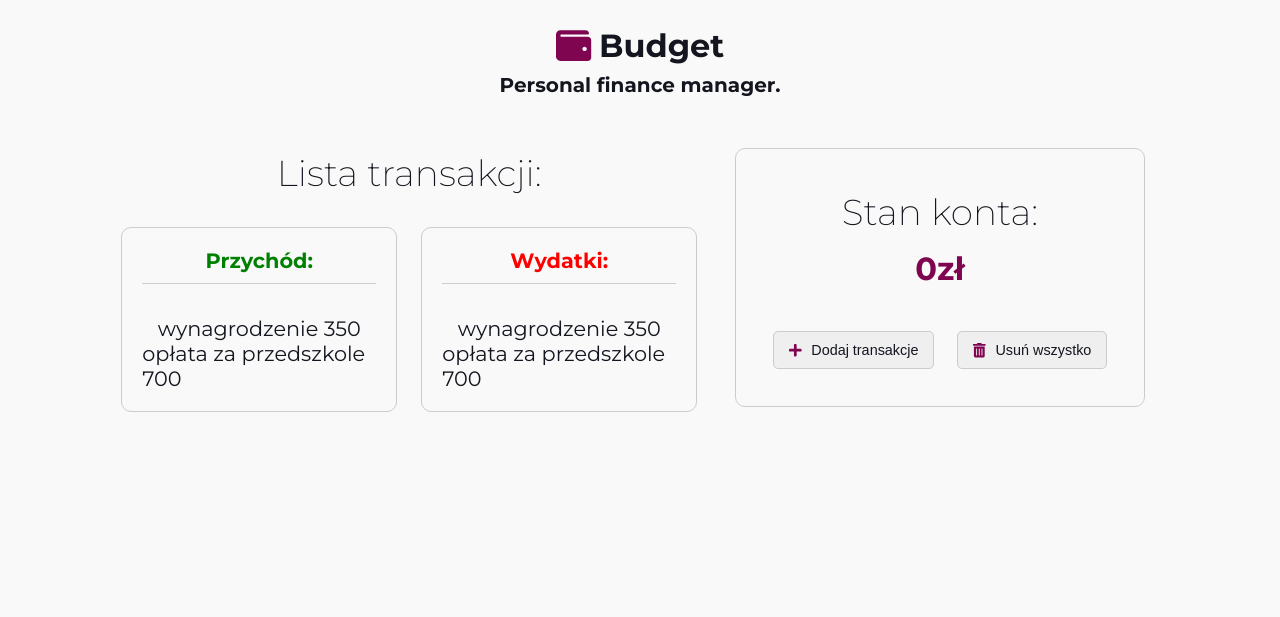
Repository: KrzysKolo/sr_tydzien4_zad4
Page: /
These files come from the project's save history. The page is drawn as it stood at one moment and after the next save; the edit follows.
The browser window is 1280 px wide. The pictures show the whole page.
Some web libraries are served in a nearby version. The project was rebuilt for these pictures with package versions that can differ from the ones it lists, and the page was loaded fresh each time. Also part of the build but not shown: src/components/budgetComponents/formComponents/Header.js, src/components/budgetComponents/formComponents/ErrorMessage.js, src/components/budgetComponents/formComponents/Input.js, src/components/budgetComponents/formComponents/Select.js.

Above is the page before, as saved 2020-12-03 22:51:27.

### public/index.html
<!DOCTYPE html>
<html lang="en">
  <head>
    <meta charset="utf-8" />
    <link rel="icon" href="%PUBLIC_URL%/favicon.ico" />
    <meta name="viewport" content="width=device-width, initial-scale=1" />
    <meta name="theme-color" content="#000000" />
    <meta
      name="description"
      content="Web site created using create-react-app"
    />
    <link rel="apple-touch-icon" href="%PUBLIC_URL%/logo192.png" />
    <!--
      manifest.json provides metadata used when your web app is installed on a
      user's mobile device or desktop. See https://developers.google.com/web/fundamentals/web-app-manifest/
    -->
    <link rel="manifest" href="%PUBLIC_URL%/manifest.json" />
    <!--
      Notice the use of %PUBLIC_URL% in the tags above.
      It will be replaced with the URL of the `public` folder during the build.
      Only files inside the `public` folder can be referenced from the HTML.

      Unlike "/favicon.ico" or "favicon.ico", "%PUBLIC_URL%/favicon.ico" will
      work correctly both with client-side routing and a non-root public URL.
      Learn how to configure a non-root public URL by running `npm run build`.
    -->
    <link
      href="https://fonts.googleapis.com/css?family=Montserrat:200,400,700&display=swap&subset=latin-ext"
      rel="stylesheet"
    />
    <script
      src="https://kit.fontawesome.com/327a0d490c.js"
      crossorigin="anonymous"
    ></script>
    <title>Budget</title>
  </head>
  <body>
    <noscript>You need to enable JavaScript to run this app.</noscript>
    <div id="root"></div>
    <!--
      This HTML file is a template.
      If you open it directly in the browser, you will see an empty page.

      You can add webfonts, meta tags, or analytics to this file.
      The build step will place the bundled scripts into the <body> tag.

      To begin the development, run `npm start` or `yarn start`.
      To create a production bundle, use `npm run build` or `yarn build`.
    -->
  </body>
</html>

### src/App.js
import React from 'react';
import Budget from './components/Budget'

const App = () => {
  return (
    <>
      <Budget/>
    </>
  )
}

export default App;

### src/components/Budget.js
import React from 'react';
import Header from './budgetComponents/Header';
import Section from './budgetComponents/Section';
import SectionInfo from './budgetComponents/SectionInfo';
import H2 from './budgetComponents/sectionComponents/H2';
import styled, { createGlobalStyle } from 'styled-components';

const GlobalStyle = createGlobalStyle`
    * {
        padding: 0;
        margin: 0;
        box-sizing: border-box;
    }
    body {
        background-color: #f9f9f9;
        color: #14161f;
        font-family: "Montserrat", sans-serif;
        font-size: 16px;
        min-height: 100vh;
    }
    `;
const Container = styled.main`
    font-size: 1.5rem;
`;
const SectionContainer = styled.section`
    display: flex;
    flex-direction: row;
    justify-content: center;
    align-items: center;
`;
const SectionBudget = styled.section`
    display: flex;
    flex-direction: column;
    justify-content: center;
    align-items: center;
`;
const DivItems = styled.div`
    display: flex;
    flex-direction: row;
    justify-content: center;
    align-items: center;

`;
const Budget = () => {
    return (
        <>
            <GlobalStyle />
            <Container>
                <Header />
                <SectionContainer>
                    <SectionBudget>
                        <H2 title="Lista transakcji" />
                        <DivItems>
                            <Section title="Przychód" label="p"/>
                            <Section title="Wydatki" />
                        </DivItems>
                    </SectionBudget>
                    <SectionInfo title="Stan konta"/>
                </SectionContainer>
            </Container>

        </>
    )
}

export default Budget;

### src/components/budgetComponents/Header.js
import React from 'react';
import styled from 'styled-components';
import { FontAwesomeIcon } from '@fortawesome/react-fontawesome';
import { faWallet } from '@fortawesome/free-solid-svg-icons';

const SectionHeader = styled.header`
    align-items: center;
    color: rgb(127, 5, 80);
    display: flex;
    font-size: 2.2rem;
    flex-direction: column;
    justify-content: center;
    padding: 2%;
`;
const DivHeader = styled.div`
    align-items: center;
    display: flex;
    flex-direction: row;
    justify-content: center;
    margin-bottom: 0.5rem;
`;
const H1Header = styled.h1`
    color: #14161f;
    font-size: 2rem;
    margin-left: .5rem;
`;
const H2Header = styled.h2`
    color: #14161f;
    font-size: 1.25rem;
`;
const Header = () => {
    return (
        <SectionHeader>
            <DivHeader>
                <FontAwesomeIcon icon={faWallet}/>
                <H1Header>Budget</H1Header>
            </DivHeader>
            <H2Header>Personal finance manager.</H2Header>
        </SectionHeader>
    )
}

export default Header;

### src/components/budgetComponents/Section.js
import React from 'react';
import { H1 }from './sectionComponents/index';
import Transactions from './../data/Transactions';
import styled from 'styled-components';

const SectionWrapper = styled.section`
    border: 1px solid #ccc;
    border-radius: 10px;
    display: flex;
    flex-direction: column;
    font-size: 1.3rem;
    justify-content: center;
    align-items: center;
    margin: 2%;
    padding: 20px;
    width: 300px;
`;
const Section = ({ title, label }) => {
   return (
        <SectionWrapper>
           <H1 title={title} label={label} />
          {Transactions.map(item => {return(<div key={item.id} category={item.category}>{item.name} {item.amount} </div>)})}
        </SectionWrapper>
    )
}

export default Section;

### src/components/budgetComponents/SectionInfo.js
import React, { useState } from 'react';
import { H2, P } from './sectionComponents/index';
import Form from './Form';
import Button from './../budgetComponents/buttons/Button';
import styled from 'styled-components';
import { faPlus,  faTrashAlt } from '@fortawesome/free-solid-svg-icons';
const SectionWrapper = styled.section`
    border: 1px solid #ccc;
    border-radius: 10px;
    display: flex;
    flex-direction: column;
    margin: 2vw;
    padding: 2%;
`;
const ButtonWrapper = styled.div`
    display: flex;
    flex-direction: row;
`;

const SectionInfo = ({ title }) => {
    const [showForm, setShowForm] = useState(false);
    const openForm = () =>{
        setShowForm(prev => !prev);
  };
    return (
        <>
        <SectionWrapper>
           <H2 title={title}> </H2>
           <P />
           <ButtonWrapper>
                <Button onClick={openForm} title="Dodaj transakcje" icons={faPlus} />
                <Button title="Usuń wszystko" icons={faTrashAlt} type="submit"/>
           </ButtonWrapper>

        </SectionWrapper>
        <Form showForm={showForm} setShowForm={setShowForm} />
        </>
    )
}

export default SectionInfo;

### src/components/budgetComponents/sectionComponents/H2.js
import React from 'react'
import styled from 'styled-components';

const TitleH2 = styled.h2`
    font-weight: 200;
    margin: 2% auto;
    padding: 0.5rem;
`;

const H2 = ({title}) => {
    return (
        <TitleH2>
            {title}:
        </TitleH2>
    )
}

export default H2;

### src/components/budgetComponents/sectionComponents/index.js
export { default as H1 } from './H1';
export { default as H2 } from './H2';
export { default as P } from './P';

### src/components/data/Transactions.js
const SelectOptions=[
    { id: 0, category: "Przychód", name: "wynagrodzenie", amount: "350"},
    { id: 1, category: "Rachunki", name: "opłata za przedszkole", amount: "700"},

];
export default SelectOptions;

### src/components/budgetComponents/Form.js
import React, { useState } from 'react';
import { Header, Input, Select } from './formComponents/';
import Button from './buttons/Button';
import styled from 'styled-components';
import SelectOptions from './../data/SelectOptions';
import { faBusinessTime, faSave, faWindowClose } from '@fortawesome/free-solid-svg-icons';
import { useFormik } from 'formik';
import * as yup from 'yup';

const FormWrapper = styled.form`
    background-color: #f9f9f9;
    border: 4px double rgb(127, 5, 80);
    border-radius: 10px;
    box-shadow: 3px 3px 5px rgba(127, 5, 80, 0.5);
    color: rgb(127, 5, 80);
    position: fixed;
    display: flex;
    flex-direction: column;
    justify-content: center;
    align-items: center;
    padding: 10px;
    width: 20vw;
    min-width: 300px;
`;
const ButtonWrapper = styled.div`
    display: flex;
    flex-direction: row;
    justify-content: center;
    border-top: 1px solid rgba(127, 5, 80, 0.3);
    padding-top: 10px;
    margin-top: 1.4rem;
`;

const FormData = ({ showForm, setShowForm }) => {
    const initialValues  = {
        name: '',
        amount: '',
        category: -1,
    };
    const validationSchema = yup.object({
        name: yup.string().required("Required").min(3, "Musi być min 3 znaki").max(50,"Moze być max 50 znaków"),
        amount: yup.number().required("Required").min(1, "Musi być conajmniej 1 cyfra"),
        category: yup.number().required("Musi być wybrane").min(0, ).max(5),
    })
    const onSubmit = ( values, {resetForm} ) => {
        console.log('Form data', values);
        setShowMessage(true);
        resetForm();
    };
    const closeForm = () => {
        setShowForm(false);
    };
    const [ showMessage, setShowMessage ] = useState(false);
    const formik = useFormik({
        initialValues,
        validationSchema,
        onSubmit,
    });
    return (
        <>
        { showForm &&
        <FormWrapper onSubmit={formik.handleSubmit}>
            <Header icons={faBusinessTime} title={"Dodaj transakcje!"} />
            <Input type="text" label="Nazwa transakcji" name="name" placeholder="nazwa transakcji..." onChange={formik.handleChange} value={formik.values.name} onBlur={formik.handleBlur} error={formik.errors.name} message={formik.errors.name} touched={formik.touched.name} />
            <Input type="text" label="Kwota transakcji" name="amount" placeholder="kwota..." onChange={formik.handleChange} value={formik.values.amount} onBlur={formik.handleBlur} error={formik.errors.amount} message={formik.errors.amount} touched={formik.touched.amount}/>
            <Select options={SelectOptions} label="Wybierz kategorię transakcji" name="category" onChange={formik.handleChange} value={formik.values.category} onBlur={formik.handleBlur} error={formik.errors.category} message={formik.errors.category} touched={formik.touched.category}/>
            <ButtonWrapper>
                <Button type="save" title="Zapisz" icons={faSave}/>
                <Button title="Anuluj" icons={faWindowClose} type="cancel" onClick={closeForm} />
            </ButtonWrapper>
        </FormWrapper>
        }
        </>
    )
}

export default FormData;

### src/components/budgetComponents/buttons/Button.js
import React from 'react';
import styled from 'styled-components';
import { FontAwesomeIcon } from '@fortawesome/react-fontawesome';

const ButtonDiv = styled.button`
    border: 1px solid #ccc;
    border-radius: 5px;
    margin: 0.7rem;
    padding: 10px 15px;
    display: flex;
    flex-direction: row;
    align-items: center;
    color: rgb(127, 5, 80);
    font-size: 0.9rem;
    cursor: pointer;
    transition: 0.3s ease-in-out;
    &:hover {
        border: 1px solid rgba(127, 5, 80, 0.4);
        background-color:  #f9f9f9;
        color: rgba(127, 5, 80, 0.5);
    }
`;
const ButtonTitleDiv = styled.div`
    margin-left: 10px;
    color: #14161f;
`;
const Button = ({ title, icons, onClick }) => {
    return (
        <ButtonDiv onClick={onClick}>
            <FontAwesomeIcon icon={icons} />
            <ButtonTitleDiv>{title}</ButtonTitleDiv>
        </ButtonDiv>
    )
}

export default Button;

### src/components/budgetComponents/sectionComponents/H1.js
import React from 'react'
import styled from 'styled-components';

const TitleH1Styles = (label) => `
border-bottom: 1px solid #ccc;
color: ${label ? 'green' : 'red'};
margin-bottom: 2rem;
padding-bottom: 10px;
display: block;
width: 100%;
text-align: center;
`;
const TitleH1 = styled.h1`
      ${props => TitleH1Styles(props.label)}
`;

const H1 = (props) => {
    const { title, label } = props;
    return (
        <TitleH1 label={label}>
            {title}:
        </TitleH1>
    )
}

export default H1;

### src/components/budgetComponents/sectionComponents/P.js
import React from 'react';
import styled from 'styled-components';

const InfoP = styled.p`
    color: rgb(127, 5, 80);
    font-size: 2rem;
    font-weight: bold;
    width: 100%auto;
    text-align: center;
    padding-bottom: 2rem;
`;

const P = () => {
    return (
        <InfoP>
            0zł
        </InfoP>
    )
}

export default P;

### src/components/budgetComponents/formComponents/index.js
export { default as Header } from './Header';
export { default as Input } from './Input';
export { default as ErrorMessage } from './ErrorMessage';
export { default as Select } from './Select';

### src/components/data/SelectOptions.js
const SelectOptions=[
    { id: -1, value: "-1", label:"", title: 'Select...' },
    { id: 0, value: "0", label:"[+]", title: 'Przychód' },
    { id: 1, value: "1", label:"[-]", title: 'Rachunki' },
    { id: 2, value: "2", label:"[-]", title: 'Sport' },
    { id: 3, value: "3", label:"[-]", title: 'Wyżywienie' },
    { id: 4, value: "4", label:"[-]", title: 'Kultura' },
    { id: 5, value: "5", label:"[-]", title: 'Wypoczynek' },
];
export default SelectOptions;

Loaded but not shown: src/index.js (common file); src/index.css (common file)

After the next save:
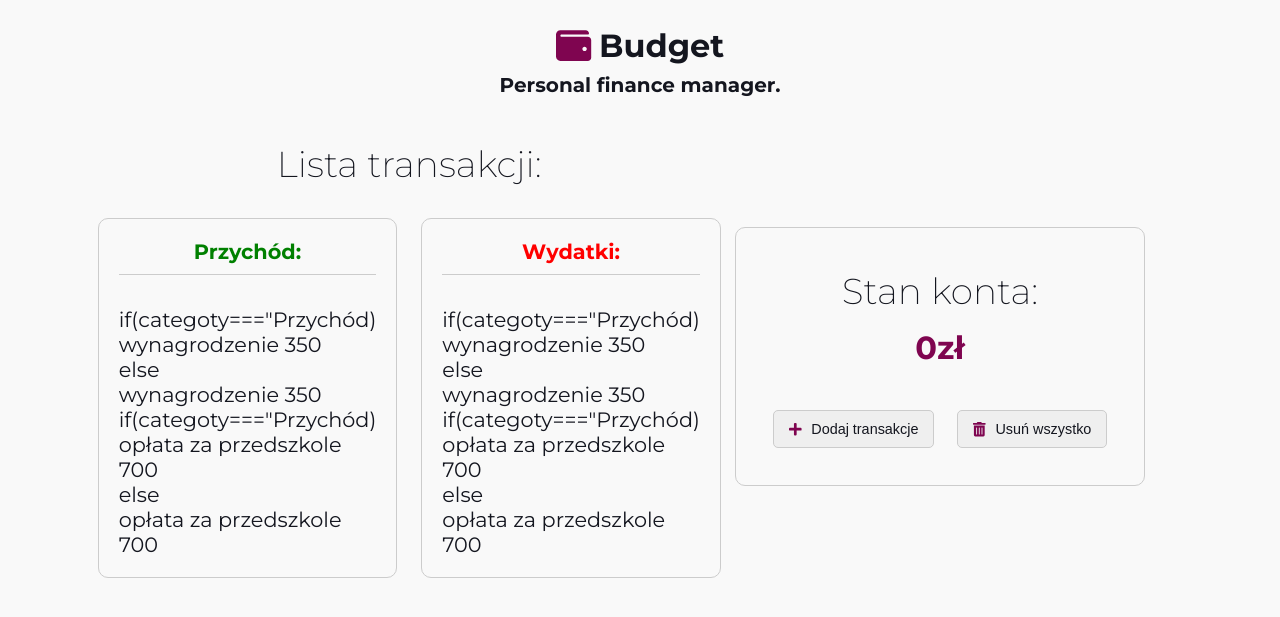
Saved 12 min 49 s later.
--- a/src/components/budgetComponents/Section.js
+++ b/src/components/budgetComponents/Section.js
@@ -19,7 +19,11 @@ const Section = ({ title, label }) => {
    return (
         <SectionWrapper>
            <H1 title={title} label={label} />
-          {Transactions.map(item => {return(<div key={item.id} category={item.category}>{item.name} {item.amount} </div>)})}
+          {Transactions.map(item => {return(<div key={item.id} category={item.category}>
+              if(categoty==="Przychód) {<p>{item.name} {item.amount}</p>}
+              else {<p>{item.name} {item.amount}</p>}
+              </div>)
+              })}
         </SectionWrapper>
     )
 }
